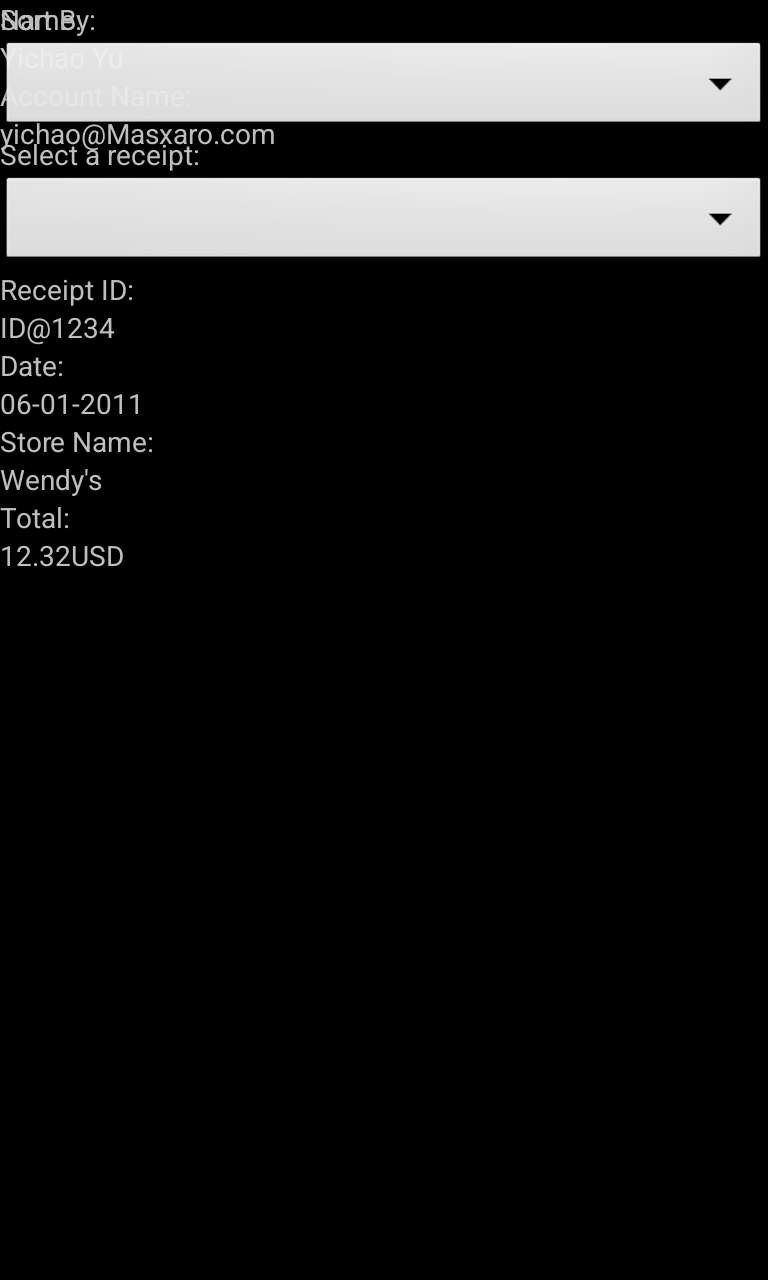
Repository: World-Three-Technologies/Masxaro-Prototype
Layout: Android/W3T/res/layout/app_tabs.xml
The author's editor kept a copy of each file at every save. The layout is drawn from the files as they stood at one save, then again after the next save.
It is drawn on a 768 x 1280 px phone screen (xhdpi) without system bars, with theme android:Theme.NoTitleBar; the app's code is not run.

Above is the layout before, as saved 2011-06-03 06:54:58.

After the next save:
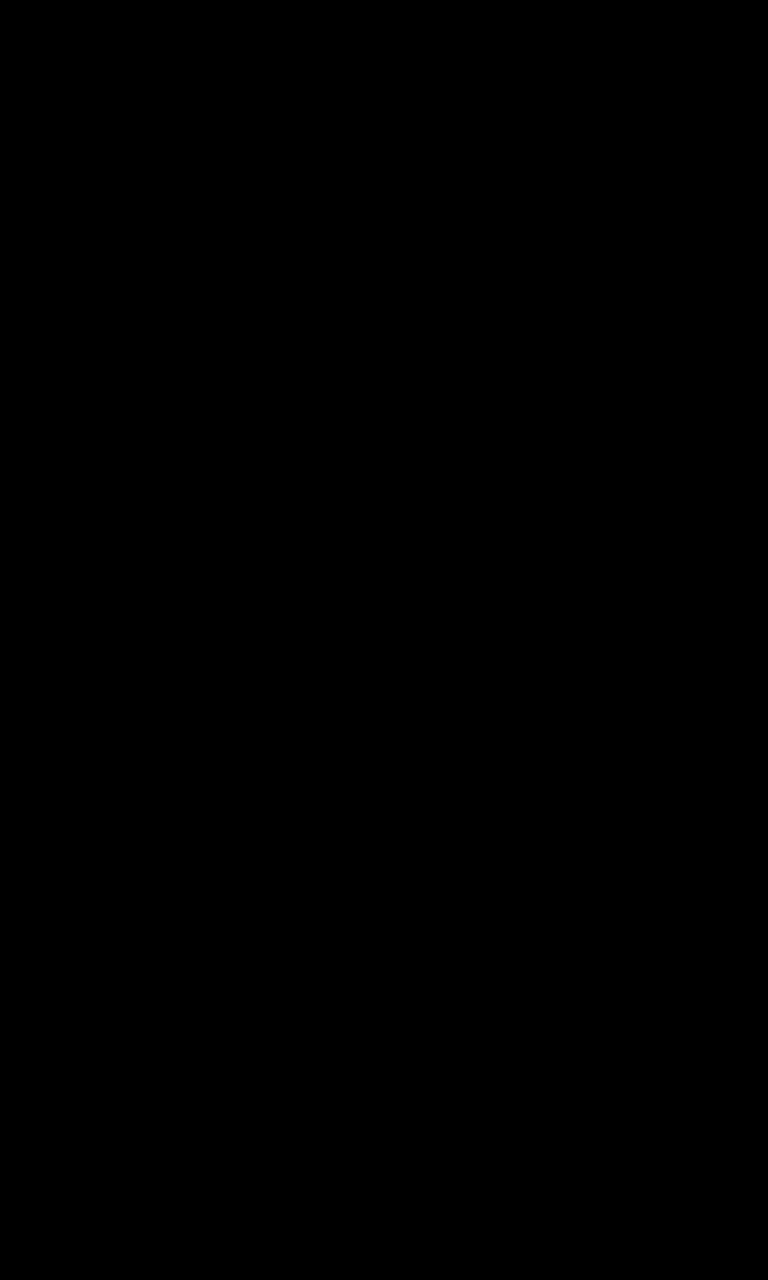
Saved 25 min 18 s later.
--- a/Android/W3T/res/layout/app_tabs.xml
+++ b/Android/W3T/res/layout/app_tabs.xml
@@ -1,4 +1,10 @@
 <?xml version="1.0" encoding="utf-8"?>
+<TabHost xmlns:android="http://schemas.android.com/apk/res/android"
+	android:id="@+id/app_tab_host" android:layout_width="fill_parent"
+	android:layout_height="fill_parent"
+>
+
+</TabHost>
 <FrameLayout xmlns:android="http://schemas.android.com/apk/res/android"
 	android:layout_width="fill_parent"
 	android:layout_height="fill_parent"

After the 3 saves that followed:
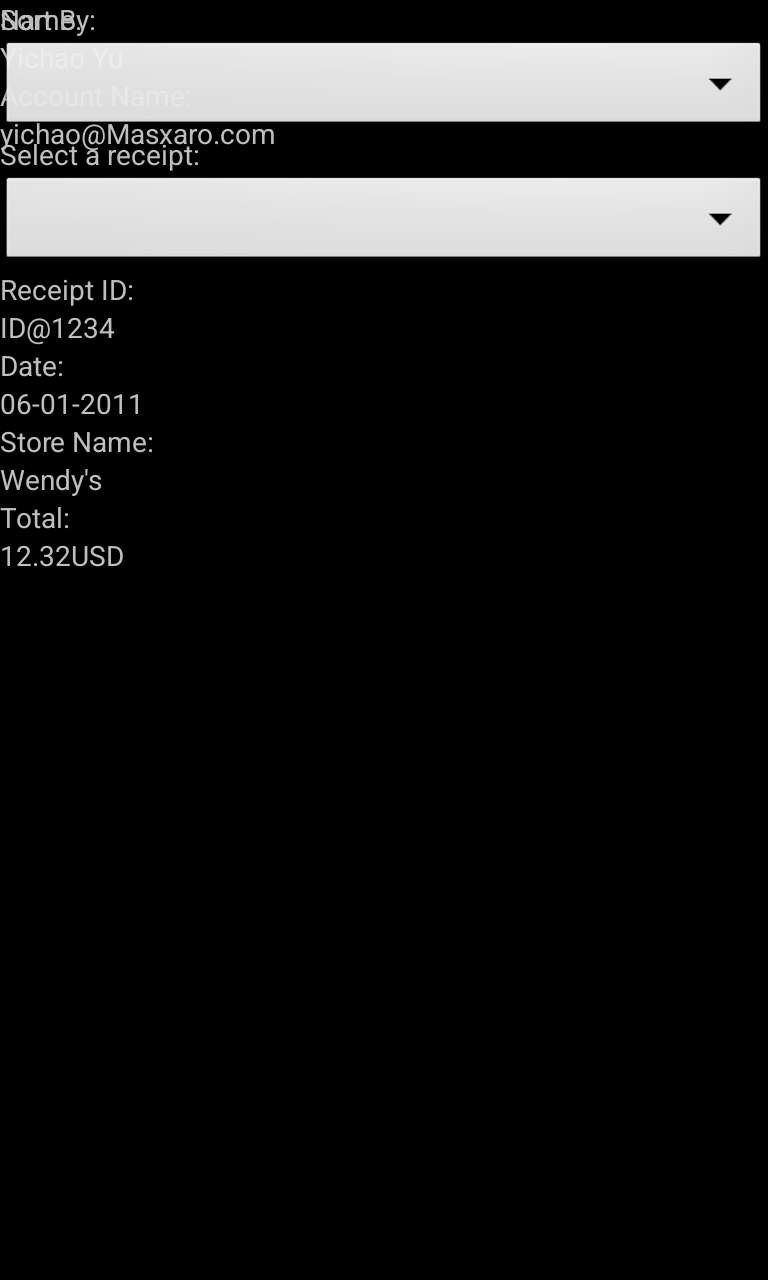
The 3 saves are shown as one change because 2 left the picture as it was.
The last was saved 6 min 15 s later.
--- a/Android/W3T/res/layout/app_tabs.xml
+++ b/Android/W3T/res/layout/app_tabs.xml
@@ -1,9 +1,117 @@
 <?xml version="1.0" encoding="utf-8"?>
 <TabHost xmlns:android="http://schemas.android.com/apk/res/android"
-	android:id="@+id/app_tab_host" android:layout_width="fill_parent"
-	android:layout_height="fill_parent"
+	android:id="@+id/app_tab_host"
+	android:layout_width="fill_parent" android:layout_height="fill_parent"
 >
-
+	<LinearLayout android:orientation="vertical"
+		android:layout_width="fill_parent" android:layout_height="fill_parent"
+	>
+        <TabWidget android:id="@android:id/tabs"
+            android:layout_width="fill_parent"
+            android:layout_height="wrap_content"
+        />
+        <FrameLayout android:id="@android:id/tabcontent"
+            android:layout_width="fill_parent"
+            android:layout_height="fill_parent"
+        >
+            <!-- This tab is to show the user info -->
+			<LinearLayout android:id="@+id/user_info_tab"
+				android:layout_width = "fill_parent" android:layout_height="fill_parent"
+				android:orientation="vertical"
+			>
+				<TextView android:text="@string/user_info_name_label"
+					android:layout_width="wrap_content" android:layout_height="wrap_content"
+					android:gravity="left"
+				/>
+				<TextView android:id="@+id/user_info_name"
+					android:text="Yichao Yu"
+					android:layout_width="fill_parent" android:layout_height="wrap_content"
+
+				/>
+				<TextView android:text="@string/user_info_account_name_label"
+					android:layout_width="wrap_content" android:layout_height="wrap_content"
+					android:gravity="left"
+				/>
+				<TextView android:id="@+id/user_info_account_name"
+					android:text="yichao@Masxaro.com"
+					android:layout_width="fill_parent" android:layout_height="wrap_content"
+				/>
+			</LinearLayout>
+
+			<!-- This tab is to show the receipts info -->
+			<LinearLayout android:id="@+id/receipt_info_tab"
+				android:layout_width = "fill_parent" android:layout_height="fill_parent"
+				android:orientation="vertical"
+			>
+				<!-- This spinner is to sort the receipts, such as by date, by store name. -->
+				<TextView android:text="@string/receipt_info_sort_label"
+					android:layout_width="wrap_content" android:layout_height="wrap_content"
+					android:gravity="left"
+				/>
+				<Spinner android.id="@+id/receipt_sort_type_spinner"
+					android:layout_width="fill_parent" android:layout_height="wrap_content"
+				/>
+				<!-- This spinner lists the receipts by the way of sorting. -->
+				<TextView android:text="@string/receipt_info_list_label"
+					android:layout_width="wrap_content" android:layout_height="wrap_content"
+					android:gravity="left"
+				/>
+				<Spinner android.id="@+id/receipt_list_spinner"
+					android:layout_width="fill_parent" android:layout_height="wrap_content"
+				/>
+
+				<!-- Receipt ID -->
+				<TextView android:text="@string/receipt_info_id_label"
+					android:layout_width="wrap_content" android:layout_height="wrap_content"
+					android:gravity="left"
+				/>
+				<TextView android:text="ID@1234"
+					android:layout_width="wrap_content" android:layout_height="wrap_content"
+					android:gravity="left"
+				/>
+
+				<!-- Receipt Date -->
+				<TextView android:text="@string/receipt_info_date_label"
+					android:layout_width="wrap_content" android:layout_height="wrap_content"
+					android:gravity="left"
+				/>
+				<TextView android:text="06-01-2011"
+					android:layout_width="wrap_content" android:layout_height="wrap_content"
+					android:gravity="left"
+				/>
+
+				<!-- Store name -->
+				<TextView android:text="@string/receipt_info_store_name_label"
+					android:layout_width="wrap_content" android:layout_height="wrap_content"
+					android:gravity="left"
+				/>
+				<TextView android:text="Wendy's"
+					android:layout_width="wrap_content" android:layout_height="wrap_content"
+					android:gravity="left"
+				/>
+
+				<!-- Total cost -->
+				<TextView android:text="@string/receipt_info_total_label"
+					android:layout_width="wrap_content" android:layout_height="wrap_content"
+					android:gravity="left"
+				/>
+				<TextView android:text="12.32USD"
+					android:layout_width="wrap_content" android:layout_height="wrap_content"
+					android:gravity="left"
+				/>
+			</LinearLayout>
+
+			<!-- This tab is to configure the settings -->
+			<LinearLayout android:id="@+id/configuration_tab"
+				android:layout_width = "fill_parent" android:layout_height="fill_parent"
+				android:orientation="vertical"
+			>
+
+			</LinearLayout>
+
+
+        </FrameLayout>
+    </LinearLayout>
 </TabHost>
 <FrameLayout xmlns:android="http://schemas.android.com/apk/res/android"
 	android:layout_width="fill_parent"
